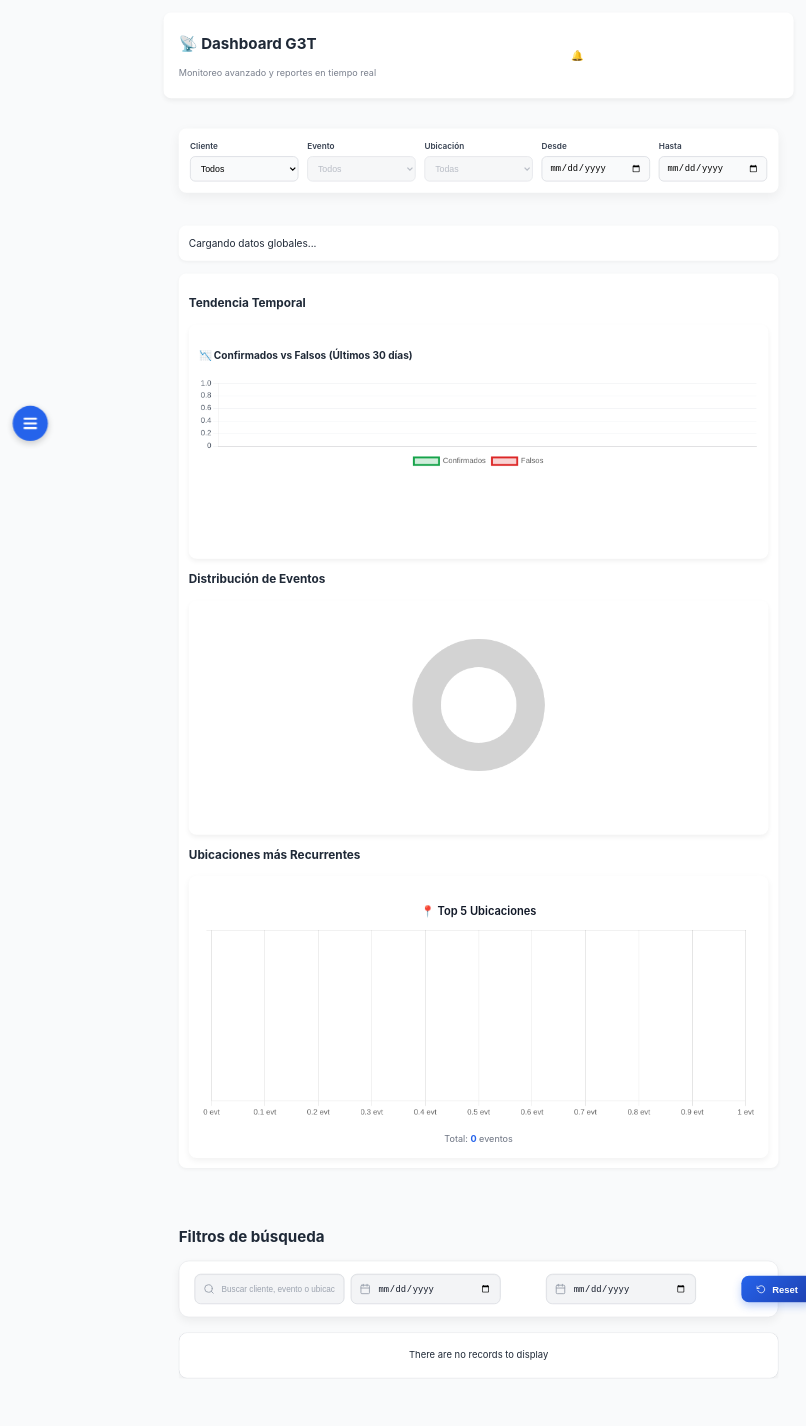
Repository: BBrian11/reportes
Page: /
These files come from the project's save history. The page is drawn as it stood at one moment and after the next save; the edit follows.
The browser window is 1280 px wide. The pictures show the whole page, at 63% of full size.
The page's requests for data from a server got no answer. The project was rebuilt for these pictures with package versions that can differ from the ones it lists, and the page was loaded fresh each time. Some packages were replaced by stand-ins written for this rebuild. No one was signed in, and anything a server would have sent is missing. Also part of the build but not shown: vite.config.js, src/components/Dashboard/BarChart.jsx, src/styles/tgsstats.css, src/components/Dashboard/TgsStats.jsx, src/styles/edificiostats.css, src/components/Dashboard/EdificioStats.jsx, src/styles/vtvstats.css, src/components/Dashboard/VtvStats.jsx and 6 more. Imported but missing from the stored project, and not drawn on this page: src/styles/sonido.mp3.

Above is the page before, as saved 2025-08-05 10:10:58.

### index.html
<!DOCTYPE html>
<html lang="es">
  <head>
    <meta charset="UTF-8" />
    <meta name="viewport" content="width=device-width, initial-scale=1.0" />
    <title>Dashboard G3T</title>
  </head>
  <body>
    <div id="root"></div>
    <script type="module" src="/src/main.jsx"></script>
  </body>
</html>

### src/main.jsx
import React from "react";
import ReactDOM from "react-dom/client";
import App from "./App.jsx";
import "./styles/dashboard.css";
import "./styles/form.css";

ReactDOM.createRoot(document.getElementById("root")).render(
  <React.StrictMode>
    <App />
  </React.StrictMode>
);

### src/App.jsx
import React from "react";
import Dashboard from "./components/Dashboard/Dashboard.jsx";

export default function App() {
  return <Dashboard />;
}

### src/components/Dashboard/Dashboard.jsx
import React, { useEffect, useState } from "react";
import Sidebar from "./Sidebar.jsx";
import Header from "./Header.jsx";
import Filters from "./Filters.jsx";
import Charts from "./Charts.jsx";
import EventsTable from "./EventsTable.jsx";
import TgsStats from "./TgsStats.jsx";
import EdificioStats from "./EdificioStats.jsx";
import VtvStats from "./VtvStats.jsx";
import GlobalStats from "./GlobalStats.jsx";
import ExportPDF from "./ExportPDF.jsx";
import MiniCharts from "./MiniCharts.jsx";
import OtrosStats from "./OtrosStats.jsx";


import LineAnalytics from "./LineAnalytics.jsx";
import { collection, onSnapshot } from "firebase/firestore";
import { db } from "../../services/firebase";
import "../../styles/dashboard.css";

export default function Dashboard() {
  const [eventos, setEventos] = useState([]);
  const [filtros, setFiltros] = useState({
    cliente: "",
    ubicacion: "",
    grupo: "",
    fechaInicio: "",
    fechaFin: "",
  });


  // ✅ Sidebar handlers
  const handleSelectCliente = (cliente) => {
    setFiltros({ ...filtros, cliente: cliente === "Todos" ? "" : cliente, ubicacion: "" });
  };

  const handleSelectUbicacion = (cliente, ubicacion) => {
    setFiltros({ ...filtros, cliente, ubicacion });
  };

  // ✅ Firestore listener
  useEffect(() => {
    const collections = [
      { path: "novedades/tgs/eventos", cliente: "TGS", eventoKey: "evento-tgs", ubicacionKey: "locaciones-tgs" },
      { path: "novedades/edificios/eventos", cliente: "Edificios", eventoKey: "evento-edificio" },
      { path: "novedades/vtv/eventos", cliente: "VTV", eventoKey: "evento-vtv", ubicacionKey: "planta-vtv" },
      { path: "novedades/barrios/eventos", cliente: "Barrios", eventoKey: "evento-barrios", ubicacionKey: "barrio" },
      { path: "novedades/otros/eventos", cliente: "Otros", eventoKey: "evento-otros", ubicacionKey: "otro" },
    ];

    const unsubscribes = collections.map(({ path, cliente, eventoKey, ubicacionKey }) =>
      onSnapshot(collection(db, path), (snapshot) => {
        const nuevos = snapshot.docs.map((doc) => {
          const d = doc.data();
          let ubicacion = "Sin Ubicación";

          if (cliente === "Edificios") {
            const edificio = d["edificio"] || "";
            const unidad = d["unidad"] ? ` - ${d["unidad"]}` : "";
            ubicacion = edificio ? edificio + unidad : "Sin Ubicación";
          } else {
            ubicacion = d[ubicacionKey] || "Sin Ubicación";
          }

          return {
            id: doc.id,
            cliente,
            grupo: cliente === "Edificios" ? d["edificio"] || "General" : d[ubicacionKey]?.split(" ")[0] || "General", // ✅ AGREGA ESTO
            evento: d[eventoKey] || "Sin Evento",
            ubicacion,
            fecha: d.fechaHoraEnvio
            ? new Date(d.fechaHoraEnvio.seconds * 1000).toLocaleString("es-AR", {
                hour12: false,
                year: "numeric",
                month: "2-digit",
                day: "2-digit",
                hour: "2-digit",
                minute: "2-digit",
                second: "2-digit"
              })
            : "Sin Fecha",
          fechaObj: d.fechaHoraEnvio ? new Date(d.fechaHoraEnvio.seconds * 1000) : null,
            observacion: d[`observaciones-${cliente.toLowerCase()}`] || "Sin Observación",
          };
        });

        setEventos((prev) => [...prev.filter((e) => e.cliente !== cliente), ...nuevos]);
      })
    );

    return () => unsubscribes.forEach((unsub) => unsub());
  }, []);
  const handleSelectGrupo = (cliente, grupo) => {
    setFiltros({ ...filtros, cliente, grupo }); // ✅ Filtra todo el edificio
  };

  // ✅ Filtrado dinámico
  const eventosFiltrados = eventos.filter((e) => {
    const fechaEvento = e.fechaObj || new Date(e.fecha);
    const fechaInicio = filtros.fechaInicio ? new Date(filtros.fechaInicio) : null;
    const fechaFin = filtros.fechaFin ? new Date(filtros.fechaFin) : null;

    return (
      (!filtros.cliente || filtros.cliente === "Todos" || e.cliente === filtros.cliente) &&
      (!filtros.grupo || e.grupo === filtros.grupo) && // ✅ Filtra por grupo
      (!filtros.ubicacion || e.ubicacion === filtros.ubicacion) &&
      (!fechaInicio || fechaEvento >= fechaInicio) &&
      (!fechaFin || fechaEvento <= fechaFin)
    );
  });



  return (
    <div className="dashboard-layout">
<Sidebar
  eventos={eventos}
  onSelectCliente={(cliente) =>
    setFiltros({ cliente: cliente === "Todos" ? "" : cliente, ubicacion: "", grupo: "" })
  }
  onSelectUbicacion={(cliente, ubicacion) =>
    setFiltros({ cliente, ubicacion, grupo: "" })
  }
  onSelectGrupo={(cliente, grupo) =>
    setFiltros({ cliente, grupo, ubicacion: "" }) // ✅ Filtra todo el grupo
  }
/>



      <main className="dashboard-main">
        <Header />
        <div className="dashboard-content">
          <Filters filtros={filtros} setFiltros={setFiltros} eventos={eventos} />

          {!filtros.cliente ? (
            <>
              <div className="grid-layout">
                <GlobalStats eventos={eventosFiltrados} />
                <Charts eventos={eventosFiltrados} />
              </div>

              {/* ✅ Tabla FULL WIDTH */}
              <div className="table-section">
              <EventsTable eventos={eventosFiltrados} filtros={filtros} />

              </div>
            </>
          ) : (
            <>
              <div className="grid-layout">
                <MiniCharts eventos={eventosFiltrados} />
                <LineAnalytics
                  eventos={eventosFiltrados}
                  cliente={filtros.cliente}
                  fechaInicio={filtros.fechaInicio}
                  fechaFin={filtros.fechaFin}
                />

                {/* ✅ Estadísticas específicas */}
                {filtros.cliente === "TGS" && <TgsStats eventos={eventosFiltrados} />}
                {filtros.cliente === "Edificios" && <EdificioStats eventos={eventosFiltrados} />}
                {filtros.cliente === "VTV" && <VtvStats eventos={eventosFiltrados} />}
                {filtros.cliente === "Otros" && <OtrosStats eventos={eventosFiltrados} />}
              </div>

              {/* ✅ Tabla FULL WIDTH */}
              <div className="table-section">
              <ExportPDF eventos={eventosFiltrados} />
              <EventsTable eventos={eventosFiltrados} filtros={filtros} />

              </div>
            </>
          )}
        </div>
      </main>
    </div>
  );

}

### src/components/Dashboard/Charts.jsx
import React from "react";
import BarChart from "./BarChart";
import PieChart from "./PieChart";
import LineChart from "./LineChart";
import HorizontalChart from "./HorizontalChart";
import {
  Chart as ChartJS,
  CategoryScale,
  LinearScale,
  BarElement,
  ArcElement,
  PointElement,
  LineElement,
  Title,
  Tooltip,
  Legend,
} from "chart.js";

ChartJS.register(
  CategoryScale,
  LinearScale,
  BarElement,
  ArcElement,
  PointElement,
  LineElement,
  Title,
  Tooltip,
  Legend
);

export default function Charts({ eventos }) {
  return (
    <div className="grid grid-cols-1 lg:grid-cols-2 xl:grid-cols-3 gap-6 mb-6">
      {/* ✅ Eventos por mes */}


      {/* ✅ Tendencia Temporal */}
      <div className="bg-white rounded-xl shadow p-4 hover:shadow-lg transition">
        <h3 className="text-lg font-semibold mb-4">Tendencia Temporal</h3>
        <LineChart eventos={eventos} />
      </div>

      {/* ✅ Distribución por Tipo de Evento */}
      <div className="bg-white rounded-xl shadow p-4 hover:shadow-lg transition">
        <h3 className="text-lg font-semibold mb-4">Distribución de Eventos</h3>
        <PieChart eventos={eventos} />
      </div>

      {/* ✅ Ubicaciones más Recurrentes */}
      <div className="bg-white rounded-xl shadow p-4 hover:shadow-lg transition col-span-2">
        <h3 className="text-lg font-semibold mb-4">Ubicaciones más Recurrentes</h3>
        <HorizontalChart eventos={eventos} />
      </div>

      {/* ✅ Comparativa Día vs Noche */}

    </div>
  );
}

### src/styles/filters.css
/* ===========================
   FILTERS COMPONENT (Responsive)
=========================== */

.filters-box {
    background: #fff;
    padding: 16px;
    border-radius: 12px;
    box-shadow: 0 4px 8px rgba(0, 0, 0, 0.06);
    display: flex;
    flex-wrap: wrap;
    gap: 16px;
    margin-bottom: 20px;
  }

  /* Cada item ocupa columna */
  .filter-item {
    flex: 1 1 180px;
    display: flex;
    flex-direction: column;
  }

  .filter-label {
    font-size: 13px;
    font-weight: 600;
    color: #374151;
    margin-bottom: 6px;
  }

  /* Inputs y selects */
  .filter-select,
  .filter-input {
    padding: 10px 12px;
    border-radius: 8px;
    border: 1px solid #d1d5db;
    font-size: 14px;
    background: #f9fafb;
    transition: all 0.3s ease;
  }

  .filter-select:focus,
  .filter-input:focus {
    border-color: #2563eb;
    background: #fff;
    box-shadow: 0 0 0 3px rgba(37, 99, 235, 0.15);
    outline: none;
  }

  /* Disabled state */
  .filter-select:disabled,
  .filter-input:disabled {
    background: #f3f4f6;
    color: #9ca3af;
    cursor: not-allowed;
  }

  /* Responsive Layout */
  @media (max-width: 1024px) {
    .filters-box {
      gap: 14px;
    }
  }

  @media (max-width: 768px) {
    .filters-box {
      flex-direction: column;
      gap: 12px;
      padding: 14px;
    }

    .filter-item {
      width: 100%;
    }

    .filter-select,
    .filter-input {
      font-size: 15px;
    }

    .filter-label {
      font-size: 14px;
    }
  }

  @media (max-width: 480px) {
    .filters-box {
      padding: 12px;
      gap: 10px;
    }

    .filter-select,
    .filter-input {
      padding: 12px;
      font-size: 16px;
    }

    .filter-label {
      font-size: 15px;
    }
  }

### src/components/Dashboard/PieChart.jsx
// src/components/Dashboard/PieChart.jsx
import React, { useEffect } from "react";
import * as echarts from "echarts";

export default function PieChart({ eventos }) {
  useEffect(() => {
    const chartDom = document.getElementById("pieChart");
    const myChart = echarts.init(chartDom);

    const eventCounts = {};
    eventos.forEach((e) => {
      eventCounts[e.evento] = (eventCounts[e.evento] || 0) + 1;
    });

    const data = Object.keys(eventCounts).map((key) => ({
      name: key,
      value: eventCounts[key],
    }));

    myChart.setOption({
      tooltip: { trigger: "item" },
      series: [
        {
          type: "pie",
          radius: ["40%", "70%"],
          avoidLabelOverlap: false,
          label: { show: true, formatter: "{b}: {c}" },
          data: data,
        },
      ],
    });

    return () => myChart.dispose();
  }, [eventos]);

  return   <div className="bar-chart-card"><div id="pieChart" style={{ height: "300px" }}></div></div>;
}

### src/components/Dashboard/LineChart.jsx
import { Line } from "react-chartjs-2";

export default function LineChart({ eventos }) {
  // ✅ Filtrar últimos 30 días
  const hoy = new Date();
  const hace30dias = new Date();
  hace30dias.setDate(hoy.getDate() - 30);

  const ultimosEventos = eventos.filter(
    (e) => e.fechaObj && e.fechaObj >= hace30dias && e.fechaObj <= hoy
  );

  // ✅ Agrupar confirmados vs falsos por día
  const grouped = {};
  ultimosEventos.forEach((e) => {
    const key = e.fechaObj.toLocaleDateString("es-AR", {
      day: "2-digit",
      month: "short",
    });

    if (!grouped[key]) grouped[key] = { confirmados: 0, falsos: 0 };
    if (e.evento.toLowerCase().includes("confirmado")) {
      grouped[key].confirmados += 1;
    } else if (e.evento.toLowerCase().includes("falso")) {
      grouped[key].falsos += 1;
    }
  });

  // ✅ Ordenar fechas
  const sortedKeys = Object.keys(grouped).sort((a, b) => {
    const parseKey = (str) => {
      const [day, month] = str.split(" ");
      const meses = [
        "ene", "feb", "mar", "abr", "may", "jun",
        "jul", "ago", "sep", "oct", "nov", "dic"
      ];
      return new Date(new Date().getFullYear(), meses.indexOf(month), parseInt(day));
    };
    return parseKey(a) - parseKey(b);
  });

  const data = {
    labels: sortedKeys,
    datasets: [
      {
        label: "Confirmados",
        data: sortedKeys.map((k) => grouped[k].confirmados),
        borderColor: "#16a34a",
        backgroundColor: "rgba(22, 163, 74, 0.2)",
        fill: true,
        tension: 0.3,
        pointBackgroundColor: "#16a34a",
      },
      {
        label: "Falsos",
        data: sortedKeys.map((k) => grouped[k].falsos),
        borderColor: "#dc2626",
        backgroundColor: "rgba(220, 38, 38, 0.2)",
        fill: true,
        tension: 0.3,
        pointBackgroundColor: "#dc2626",
      },
    ],
  };

  const options = {
    responsive: true,
    maintainAspectRatio: false,
    plugins: {
      legend: { position: "bottom" },
      tooltip: {
        callbacks: {
          label: (ctx) => `${ctx.dataset.label}: ${ctx.parsed.y} eventos`,
        },
      },
    },
    scales: {
      x: {
        ticks: { color: "#4b5563", font: { size: 12 } },
        grid: { display: false },
      },
      y: {
        beginAtZero: true,
        ticks: { color: "#4b5563" },
        grid: { color: "#f3f4f6" },
      },
    },
  };

  return (
    <div className="bar-chart-card">
    <div className="line-chart-card">
      <h4 className="line-chart-title">📉 Confirmados vs Falsos (Últimos 30 días)</h4>
      <div className="line-chart-wrapper">
        <Line data={data} options={options} />
      </div>
    </div>    </div>
  );
}

### src/components/Dashboard/HorizontalChart.jsx
import { Bar } from "react-chartjs-2";
import "../../styles/horizontalchart.css"; // ✅ Nueva hoja de estilos

export default function HorizontalChart({ eventos }) {
  const countByLocation = {};
  eventos.forEach(e => {
    countByLocation[e.ubicacion] = (countByLocation[e.ubicacion] || 0) + 1;
  });

  const sorted = Object.entries(countByLocation)
    .sort((a, b) => b[1] - a[1])
    .slice(0, 5);

  const labels = sorted.map(([loc]) => loc);
  const values = sorted.map(([_, count]) => count);
  const total = values.reduce((a, b) => a + b, 0);

  const colors = ["#2563eb", "#16a34a", "#f59e0b", "#dc2626", "#6b7280"];

  const data = {
    labels,
    datasets: [
      {
        label: "Eventos",
        data: values,
        backgroundColor: colors,
        borderRadius: 6,
        barThickness: 28,
      },
    ],
  };

  const options = {
    indexAxis: "y",
    responsive: true,
    maintainAspectRatio: false,
    plugins: {
      legend: { display: false },
      tooltip: {
        callbacks: {
          label: (ctx) => {
            const count = ctx.parsed.x;
            const pct = ((count / total) * 100).toFixed(1);
            return ` ${count} eventos (${pct}%)`;
          },
        },
      },
    },
    scales: {
      x: {
        ticks: {
          callback: (value) => value + " evt",
        },
      },
    },
  };

  return (
    <div className="horizontal-chart-card">
      <h4 className="horizontal-chart-title">📍 Top 5 Ubicaciones</h4>
      <div className="horizontal-chart-wrapper">
        <Bar data={data} options={options} />
      </div>
      <div className="horizontal-chart-footer">
        Total: <span>{total}</span> eventos
      </div>
    </div>
  );
}

### src/styles/barChart.css
.bar-chart-card {
    background: #fff;
    border-radius: 12px;
    padding: 16px;
    box-shadow: 0 4px 8px rgba(0, 0, 0, 0.06);
    display: flex;
    flex-direction: column;
    gap: 12px;
    height: 340px;
  }

  .bar-chart-title {
    font-size: 1rem;
    font-weight: 600;
    color: #111827;
    text-align: center;
  }

  .bar-chart-wrapper {
    position: relative;
    height: 250px;
  }

### src/styles/horizontalchart.css
.horizontal-chart-card {
    background: #fff;
    border-radius: 12px;
    padding: 20px;
    box-shadow: 0 4px 10px rgba(0, 0, 0, 0.06);
    display: flex;
    flex-direction: column;
    justify-content: space-between;
    height: 100%;
    transition: transform 0.2s ease, box-shadow 0.2s ease;
  }

  .horizontal-chart-card:hover {
    transform: translateY(-4px);
    box-shadow: 0 8px 16px rgba(0, 0, 0, 0.08);
  }

  .horizontal-chart-title {
    font-size: 1.1rem;
    font-weight: 600;
    color: #111827;
    margin-bottom: 16px;
    text-align: center;
  }

  .horizontal-chart-wrapper {
    position: relative;
    height: 300px;
    margin-bottom: 12px;
  }

  .horizontal-chart-footer {
    font-size: 0.9rem;
    color: #6b7280;
    text-align: center;
    margin-top: 8px;
  }

  .horizontal-chart-footer span {
    font-weight: bold;
    color: #2563eb;
  }

### src/components/Dashboard/AlertasEventos.jsx
import React, { useEffect, useState, useRef } from "react";
import { collection, onSnapshot, query, orderBy } from "firebase/firestore";
import { db } from "../firebase"; // Ajusta a tu config Firebase

export default function AlertasEventos() {
  const [alertas, setAlertas] = useState([]);
  const timersRef = useRef({}); // Guardamos timers por clave única (edificio o ubicacion)

  useEffect(() => {
    const q = query(collection(db, "novedades/edificios/eventos"), orderBy("fechaHoraEnvio", "desc"));
    const unsub = onSnapshot(q, (snapshot) => {
      snapshot.docChanges().forEach((change) => {
        if (change.type === "added") {
          const evento = change.doc.data();
          procesarEvento(evento, change.doc.id);
        }
      });
    });

    return () => unsub();
  }, []);

  const procesarEvento = (evento, idDoc) => {
    const clave = `${evento.edificio}-${evento.ubicacion || "sin-ubicacion"}`;

    if (evento["evento-edificio"] === "Corte de energía eléctrica") {
      console.log(`⚡ Corte detectado en ${clave}`);
      // ✅ Creamos timer de 1 hora
      if (!timersRef.current[clave]) {
        timersRef.current[clave] = setTimeout(() => {
          generarAlerta(clave, "No se detectó restauración tras 1 hora del corte");
        }, 60 * 60 * 1000); // 1 hora
      }
    }

    if (evento["evento-edificio"] === "Restauración de energía eléctrica") {
      console.log(`✅ Restauración detectada en ${clave}`);
      // ✅ Cancelar timer si existía
      if (timersRef.current[clave]) {
        clearTimeout(timersRef.current[clave]);
        delete timersRef.current[clave];
        eliminarAlerta(clave); // Por si estaba en la lista de alertas
      }
    }
  };

  const generarAlerta = (clave, mensaje) => {
    setAlertas((prev) => [...prev, { clave, mensaje, timestamp: new Date() }]);
    // Opcional: reproducir sonido
    const audio = new Audio("/alerta.mp3");
    audio.play();
    // Opcional: Notification API del navegador
    if (Notification.permission === "granted") {
      new Notification("⚠️ Alerta en edificio", { body: mensaje });
    }
  };

  const eliminarAlerta = (clave) => {
    setAlertas((prev) => prev.filter((a) => a.clave !== clave));
  };

  return (
    <div className="alertas-panel">
      <h3>Alertas pendientes</h3>
      {alertas.length === 0 ? (
        <p>No hay alertas activas</p>
      ) : (
        alertas.map((alerta, idx) => (
          <div key={idx} className="alerta">
            <strong>{alerta.mensaje}</strong>
            <span>{alerta.timestamp.toLocaleTimeString()}</span>
            <button onClick={() => eliminarAlerta(alerta.clave)}>❌</button>
          </div>
        ))
      )}
    </div>
  );
}

Loaded but not shown: src/services/firebase.js (16 lines, source omitted); src/styles/dashboard.css (717 lines, source omitted); src/styles/eventstable.css (346 lines, source omitted); src/components/Dashboard/Sidebar.jsx (172 lines, source omitted); src/components/Dashboard/EventsTable.jsx (180 lines, source omitted); src/styles/sidebar.css (317 lines, source omitted); src/components/Dashboard/GlobalStats.jsx (148 lines, source omitted); src/components/Dashboard/Header.jsx (145 lines, source omitted); src/components/Dashboard/Filters.jsx (92 lines, source omitted)

After the next save:
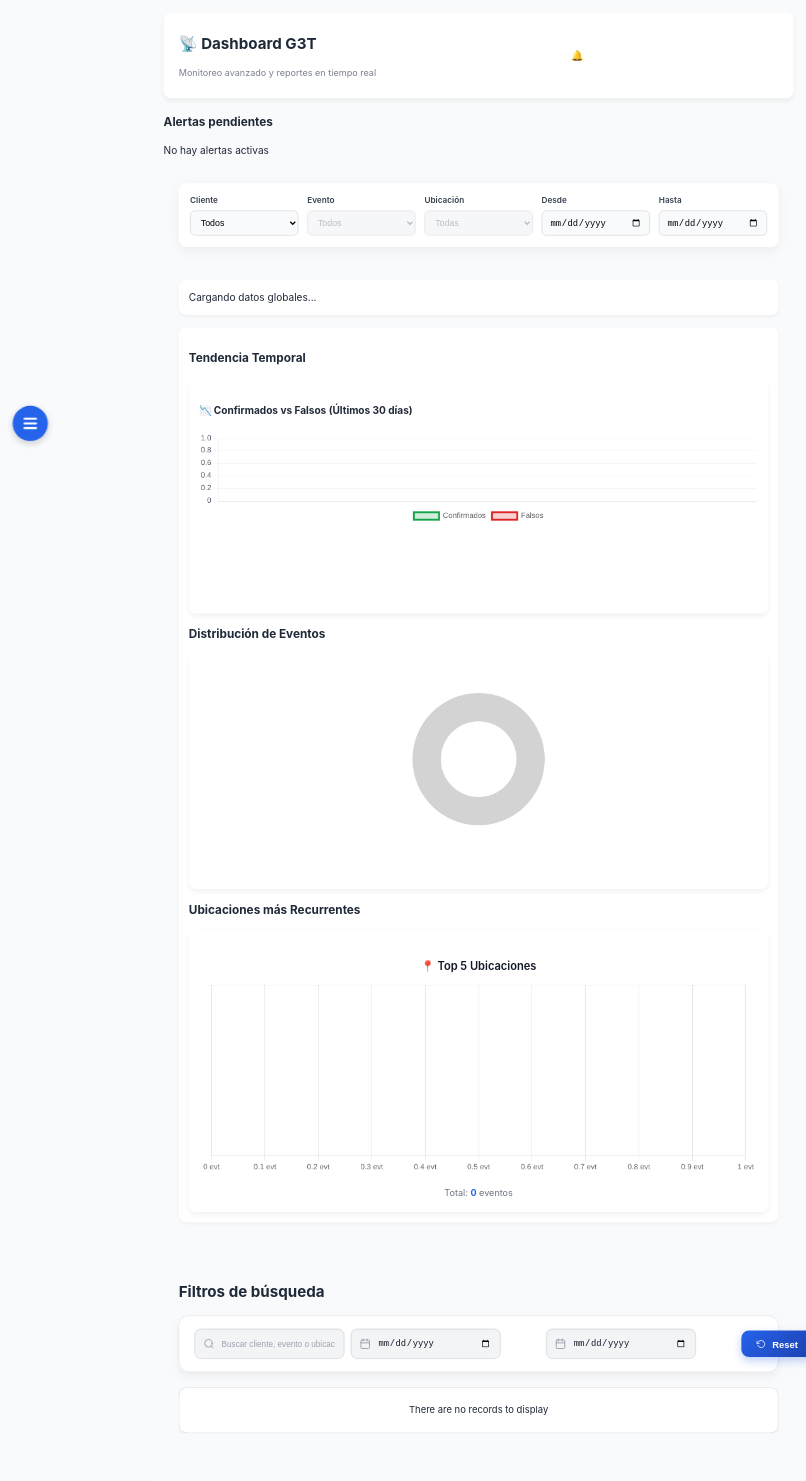
Saved 116 s later.
--- a/src/components/Dashboard/Dashboard.jsx
+++ b/src/components/Dashboard/Dashboard.jsx
@@ -11,7 +11,7 @@ import GlobalStats from "./GlobalStats.jsx";
 import ExportPDF from "./ExportPDF.jsx";
 import MiniCharts from "./MiniCharts.jsx";
 import OtrosStats from "./OtrosStats.jsx";
-
+import AlertasEventos from "./AlertasEventos.jsx";
 
 import LineAnalytics from "./LineAnalytics.jsx";
 import { collection, onSnapshot } from "firebase/firestore";
@@ -130,6 +130,7 @@ export default function Dashboard() {
 
       <main className="dashboard-main">
         <Header />
+        <AlertasEventos />
         <div className="dashboard-content">
           <Filters filtros={filtros} setFiltros={setFiltros} eventos={eventos} />
 
